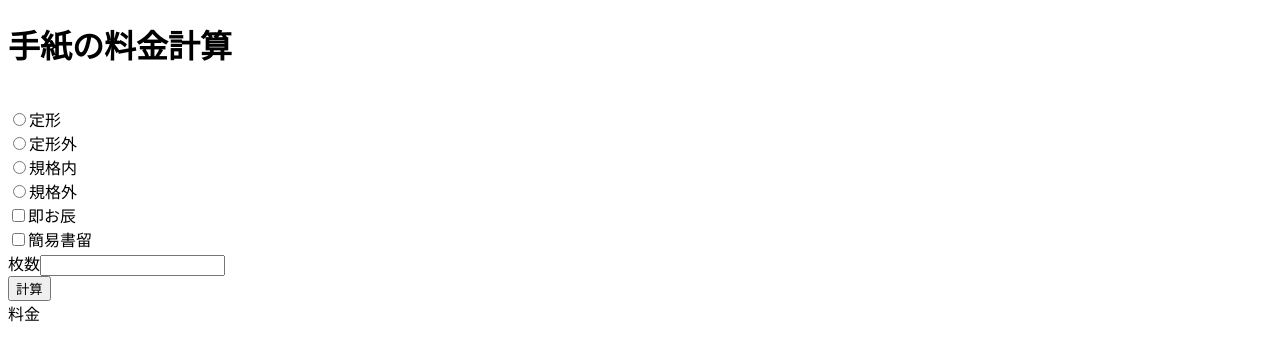
Repository: aiueo20/18ca0155
Page: SSP/kadai0601/WebContent/login.html
These files come from the project's save history. The page is drawn as it stood at one moment and after the next save; the edit follows.
The browser window is 1280 px wide. The pictures show the whole page.

Above is the page before, as saved 2019-01-15 03:02:01.

### SSP/kadai0601/WebContent/login.html
<!DOCTYPE html>
<html>
<head>
<meta charset="UTF-8">
<title>Insert title here</title>
</head>
<body>

<h1>手紙の料金計算</h1><br>
<input type="radio" name="teikei" value="定形">定形<br>
<input type="radio" name="teikeigai" value="定形外">定形外<br>
<input type="radio" name="kikakunai" value="規格内">規格内<br>
<input type="radio" name="kikakugai" value="規格外">規格外<br>
<input type="checkbox" name="sokutatu" value="速達">即お辰<br>
<input type="checkbox" name="kannikakidome" value="簡易書留">簡易書留<br>
枚数<input type="text" name="maisu"><br>
<input type="submit" value="計算"><br>
料金


</body>
</html>

After the next save:
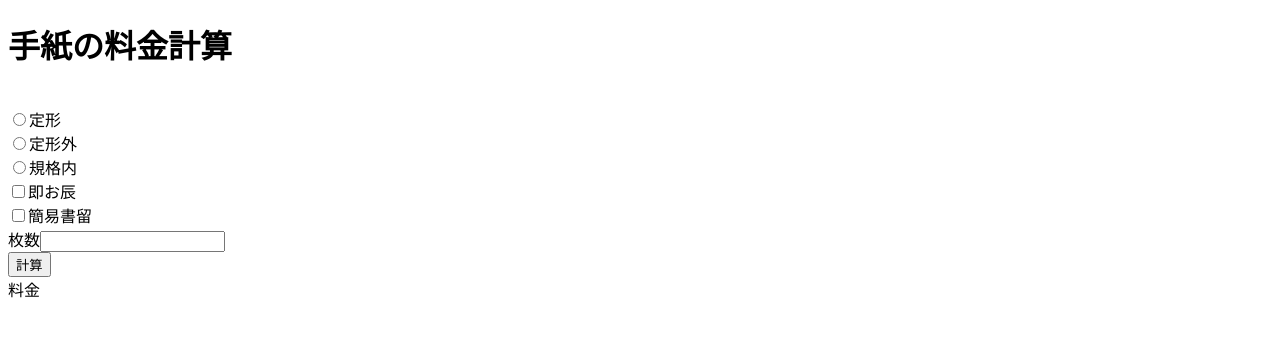
Saved 6 min 55 s later.
--- a/SSP/kadai0601/WebContent/login.html
+++ b/SSP/kadai0601/WebContent/login.html
@@ -10,7 +10,7 @@
 <input type="radio" name="teikei" value="定形">定形<br>
 <input type="radio" name="teikeigai" value="定形外">定形外<br>
 <input type="radio" name="kikakunai" value="規格内">規格内<br>
-<input type="radio" name="kikakugai" value="規格外">規格外<br>
+<!-- <input type="radio" name="kikakugai" value="規格外">規格外<br> -->
 <input type="checkbox" name="sokutatu" value="速達">即お辰<br>
 <input type="checkbox" name="kannikakidome" value="簡易書留">簡易書留<br>
 枚数<input type="text" name="maisu"><br>
